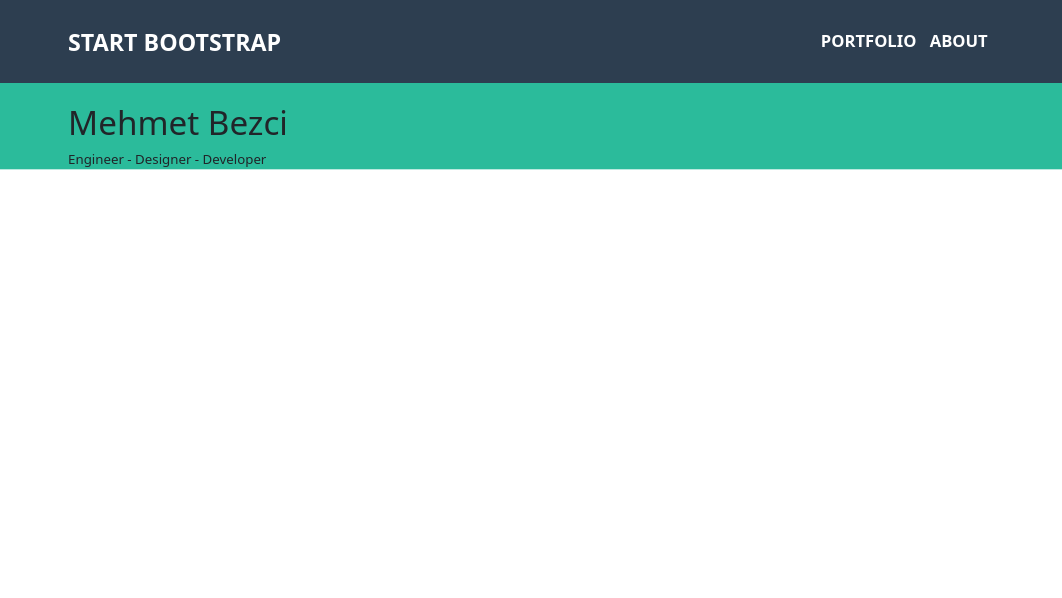
Repository: 7JaxeN7/WT-1255P-Mehmet_BEZC-
Page: index.html
These files come from the project's save history. The page is drawn as it stood at one moment and after the next save; the edit follows.
The browser window is 1280 px wide. The pictures show the whole page, at 83% of full size.

Above is the page before, as saved 2025-01-06 21:03:18.

After the next save:
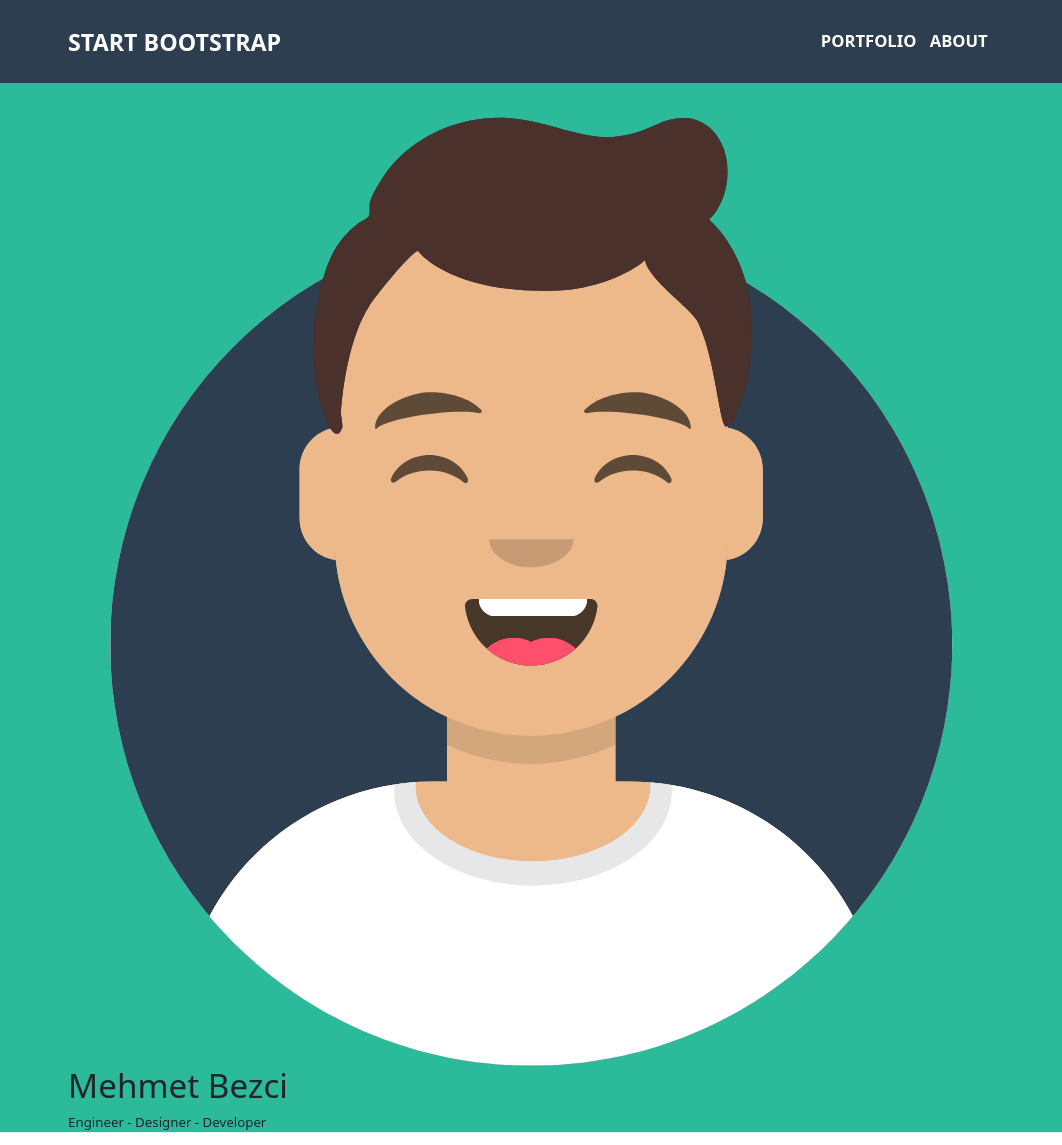
Saved 97 s later.
--- a/index.html
+++ b/index.html
@@ -36,7 +36,7 @@
   <!-- Herosection -->
    <div class="herosection-bg">
     <div class="container">
-      <img/>
+      <img src="/assets/img/avataaars.svg"/>
     <h1>Mehmet Bezci</h1>
     <p>Engineer - Designer - Developer</p>
     </div>
